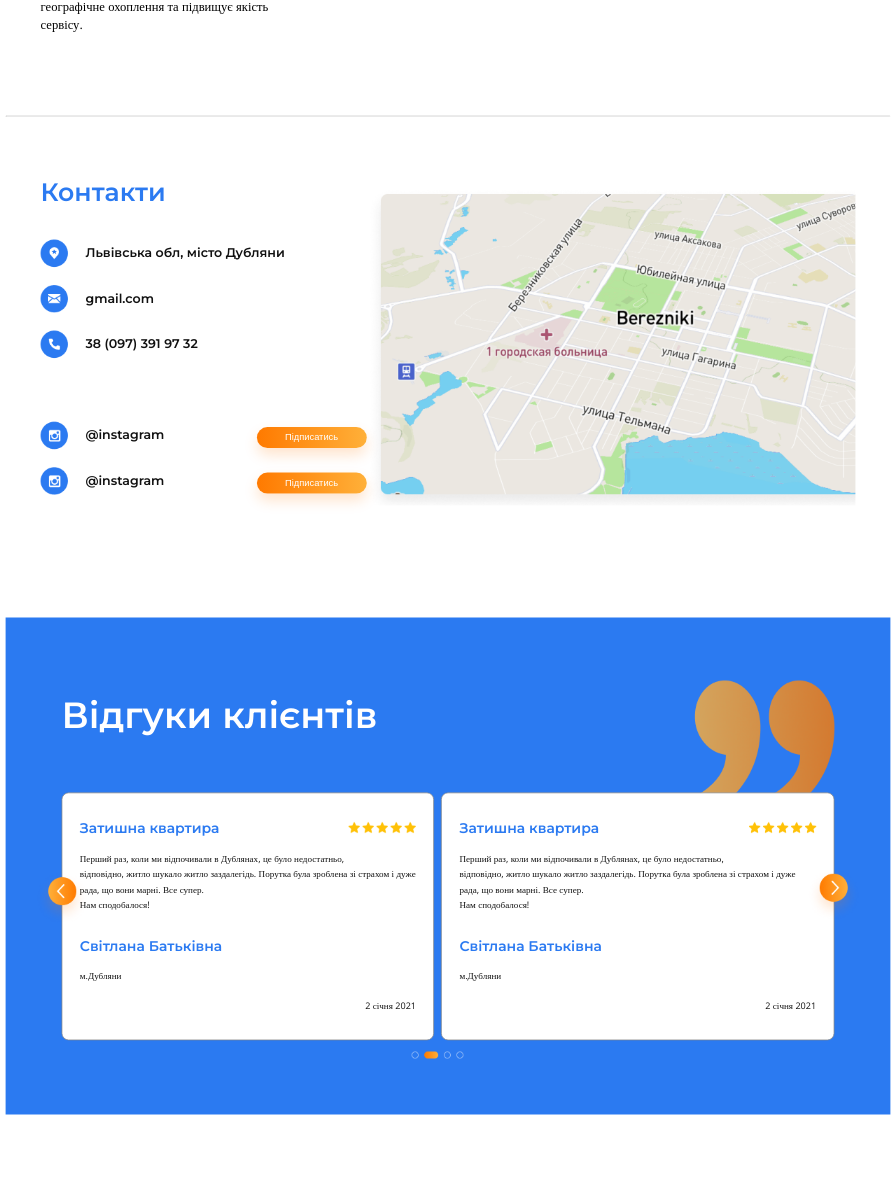
Repository: batonAnton/HW-7-grid
Page: index.html
The author's editor kept a copy of each file at every save. The page is drawn from the files as they stood at one save, then again after the next save.
The browser window is 1280 px wide. The pictures show the part of the page from y = 2243 to 4163 px (the page is 3935 px tall before and 4163 px after), at 70% of full size.

Above is the page before, as saved 2022-07-06 13:18:38.

After the next save:
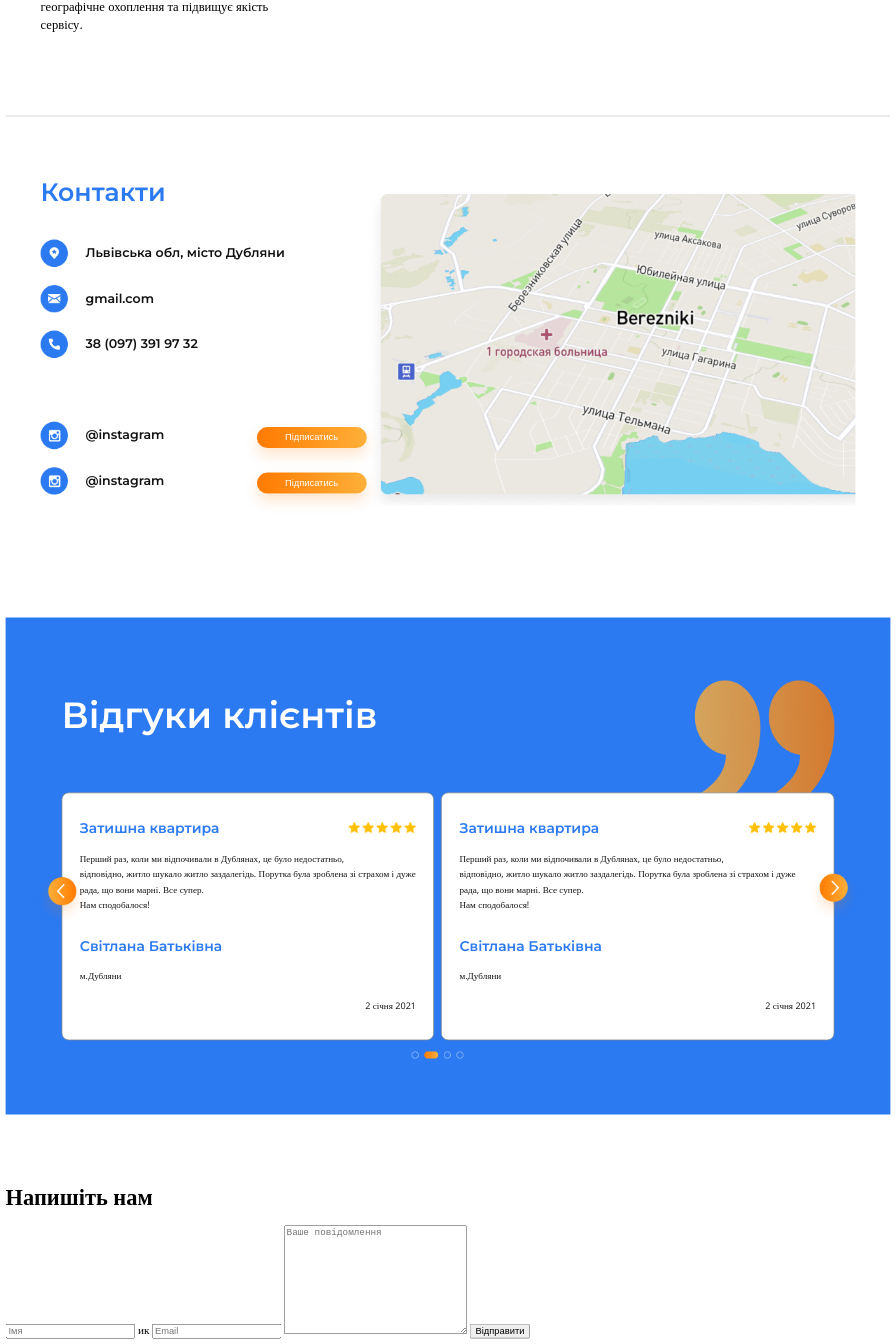
Saved 6 min 52 s later.
--- a/index.html
+++ b/index.html
@@ -230,6 +230,17 @@
 
 
     <div class="wrapper8">
+        <div class="reply">
+            <h1>Напишіть нам</h1>
+            <form action="">
+
+                <input id="POST-name" placeholder="Імя" type="text" name="name"> ик
+
+                <input type="email" name="" placeholder="Email" id="">
+                <textarea name="" placeholder="Ваше повідомлення" id="" cols="30" rows="10"></textarea>
+                <button>Відправити</button>
+            </form>
+        </div>
 
     </div>
 </body>
